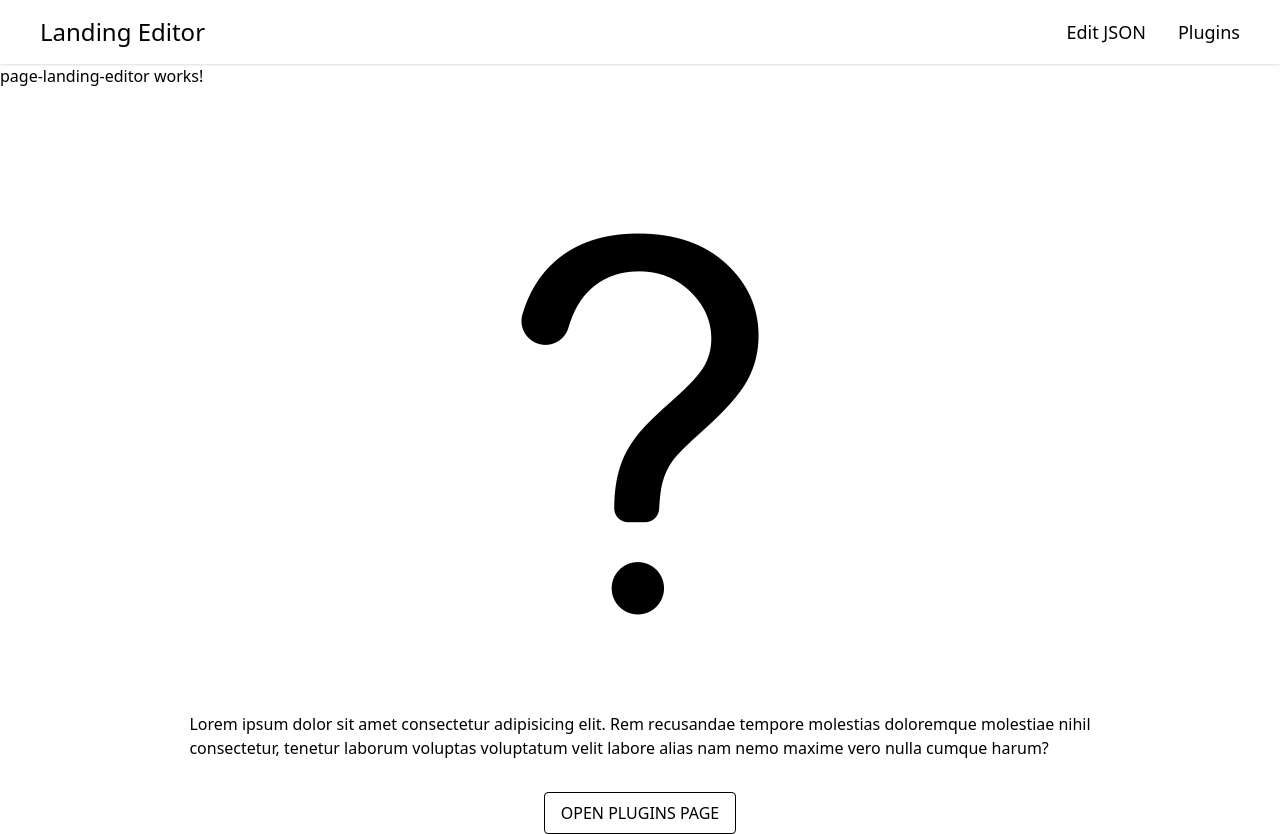
Repository: ShumilovMikhail/plugins-app
Page: / (app in app/frontend/)
An editor plug-in stored every save of this project. The page is shown before and after the next save, followed by the edit.
The browser window is 1280 px wide. The pictures show the whole page.
The project was rebuilt for these pictures with package versions that can differ from the ones it lists, and the page was loaded fresh each time. Also part of the build but not shown: app/frontend/angular.json.

Above is the page before, as saved 2024-05-13 08:11:29.

### app/frontend/src/app/app.component.ts
import { Component } from '@angular/core';
import { RouterOutlet } from '@angular/router';

import { LayoutComponent } from './layout/layout/layout.component';

@Component({
  selector: 'app-root',
  standalone: true,
  imports: [RouterOutlet, LayoutComponent],
  templateUrl: './app.component.html',
})
export class AppComponent {
}

### app/frontend/src/app/app.routes.ts
import { Routes } from '@angular/router';

export const routes: Routes = [
  {
    path: '',
    pathMatch: 'full',
    redirectTo: 'editor'
  },
  {
    path: 'editor',
    loadComponent: () => import('./pages/page-landing-editor/page-landing-editor.component').then(c => c.PageLandingEditorComponent),
  }
];

### app/frontend/src/app/layout/layout/layout.component.ts
import { Component } from '@angular/core';

import { HeaderComponent } from '../header/header.component';

@Component({
  selector: 'app-layout',
  standalone: true,
  imports: [HeaderComponent],
  templateUrl: './layout.component.html',
})
export class LayoutComponent {

}

### app/frontend/src/app/pages/page-landing-editor/page-landing-editor.component.ts
import { Component } from '@angular/core';

@Component({
  selector: 'app-page-landing-editor',
  standalone: true,
  imports: [],
  templateUrl: './page-landing-editor.component.html',
})
export class PageLandingEditorComponent {

}

### app/frontend/src/app/layout/layout/layout.component.html
<div class="w-screen">
  <app-header></app-header>
  <ng-content></ng-content>
</div>

### app/frontend/src/app/layout/header/header.component.ts
import { Component, inject } from '@angular/core';
import { RouterLink } from '@angular/router';

import { HeaderService } from '../../services/header.service';

@Component({
  selector: 'app-header',
  standalone: true,
  imports: [RouterLink],
  templateUrl: './header.component.html',
})
export class HeaderComponent {
  protected readonly headerService = inject(HeaderService);
};

### app/frontend/src/app/pages/page-landing-editor/page-landing-editor.component.html
<p>page-landing-editor works!</p>
<div class="flex flex-col items-center gap-8 mt-20">
  <img src="/assets/empty-page-question.png" alt="">
  <p>
    Lorem ipsum dolor sit amet consectetur adipisicing elit. Rem recusandae tempore molestias doloremque molestiae nihil
    <br>
    consectetur, tenetur laborum voluptas voluptatum velit labore alias nam nemo maxime vero nulla cumque harum?
  </p>
  <button class="px-4 py-2 border rounded border-black">
    OPEN PLUGINS PAGE
  </button>
</div>

### app/frontend/src/app/layout/header/header.component.html
<div class="h-16 px-10 w-full shadow flex items-center justify-between">
  <span class="text-2xl flex-1">{{headerService.pageName()}}</span>
  <div class="flex gap-8">
    <a class="text-lg" routerLink="/editor/json">Edit JSON</a>
    <a class="text-lg" routerLink="/store">Plugins</a>
  </div>
</div>

### app/frontend/src/app/services/header.service.ts
import { Injectable, signal } from "@angular/core";

@Injectable({
  providedIn: 'root'
})
export class HeaderService {
  pageName = signal('Landing Editor');
};

Loaded but not shown: app/frontend/src/index.html (common file); app/frontend/src/styles.scss (common file); app/frontend/src/main.ts (common file); app/frontend/src/app/app.config.ts (common file); app/frontend/src/app/app.component.html (common file); app/frontend/tailwind.config.js (common file)

After the next save:
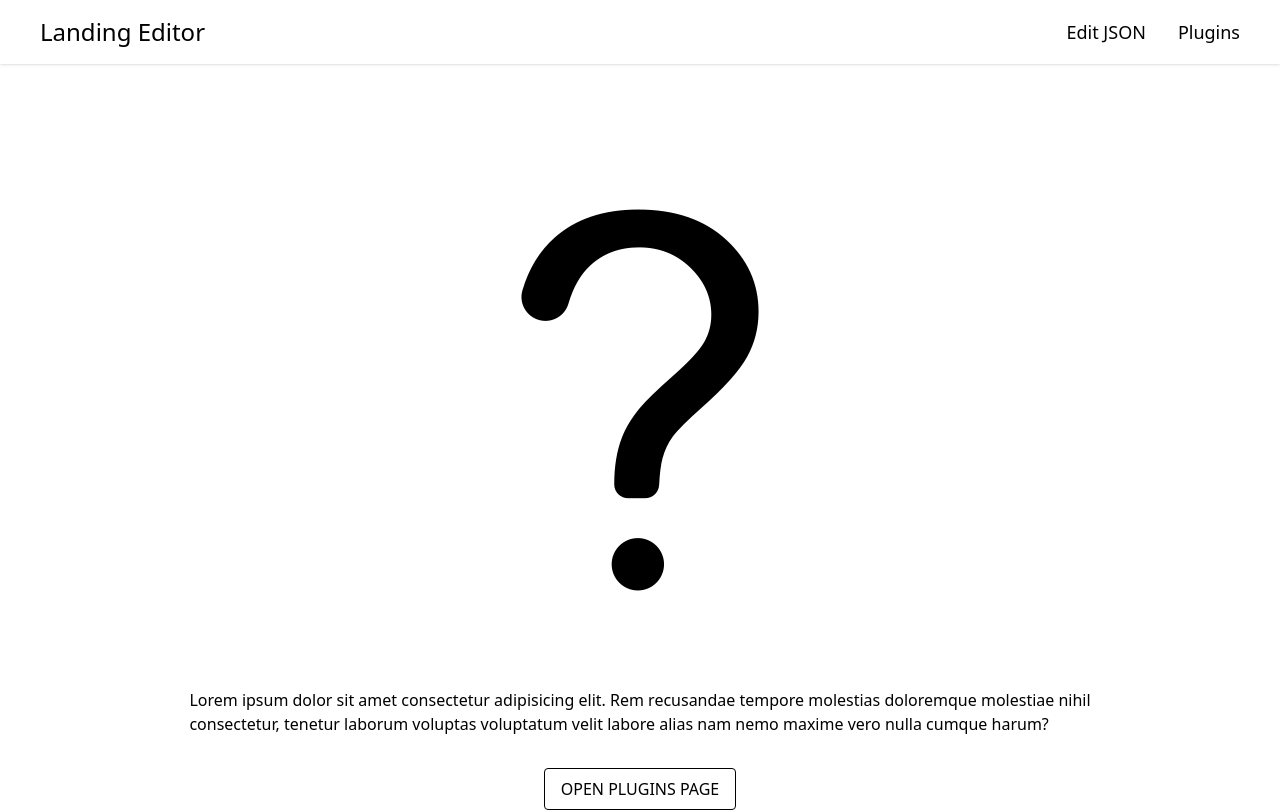
Saved 6 s later.
--- a/app/frontend/src/app/pages/page-landing-editor/page-landing-editor.component.html
+++ b/app/frontend/src/app/pages/page-landing-editor/page-landing-editor.component.html
@@ -1,4 +1,3 @@
-<p>page-landing-editor works!</p>
 <div class="flex flex-col items-center gap-8 mt-20">
   <img src="/assets/empty-page-question.png" alt="">
   <p>
